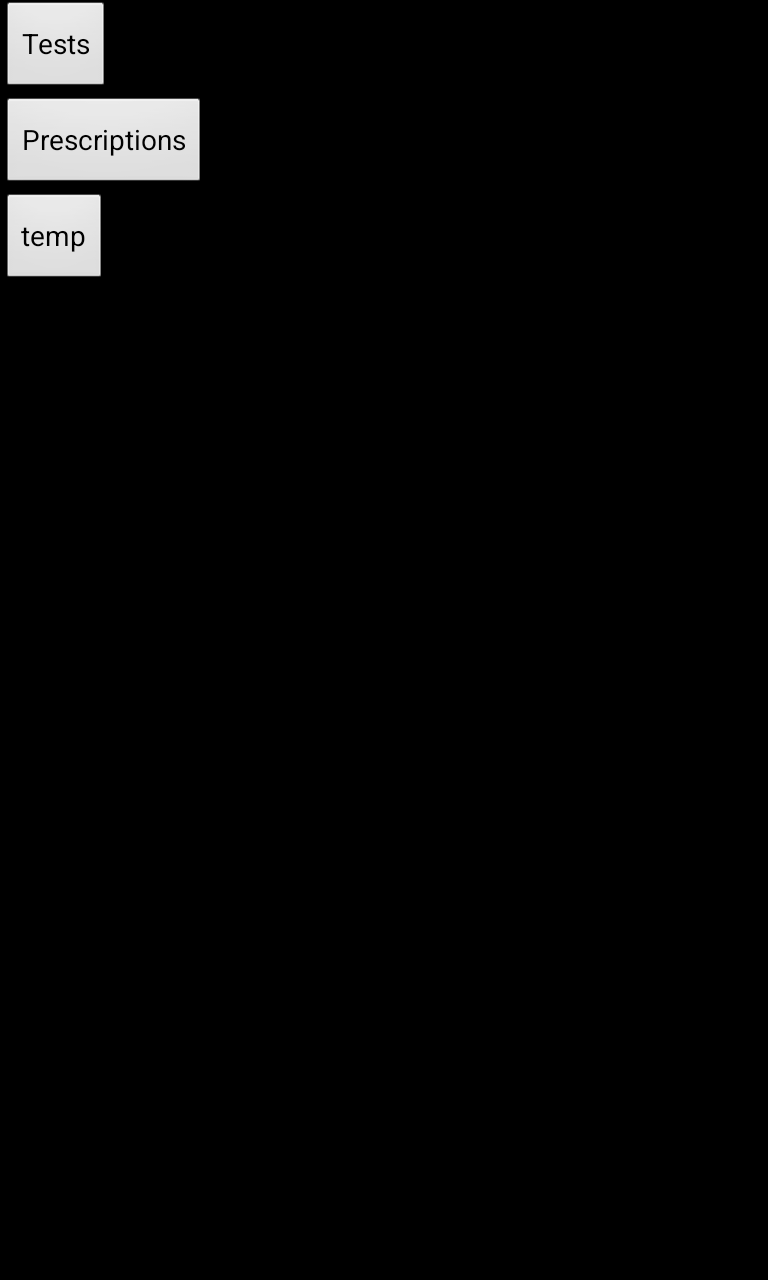
Repository: nuces-acm/DevFest-12-Team-9
Layout: data/Eclipse Workspace of android/Devfest/DCSClientApp/res/layout/main.xml
The author's editor kept a copy of each file at every save. The layout is drawn from the files as they stood at one save, then again after the next save.
It is drawn on a 768 x 1280 px phone screen (xhdpi) without system bars, with theme android:Theme; the app's code is not run.

Above is the layout before, as saved 2012-04-01 03:13:49.

After the next save:
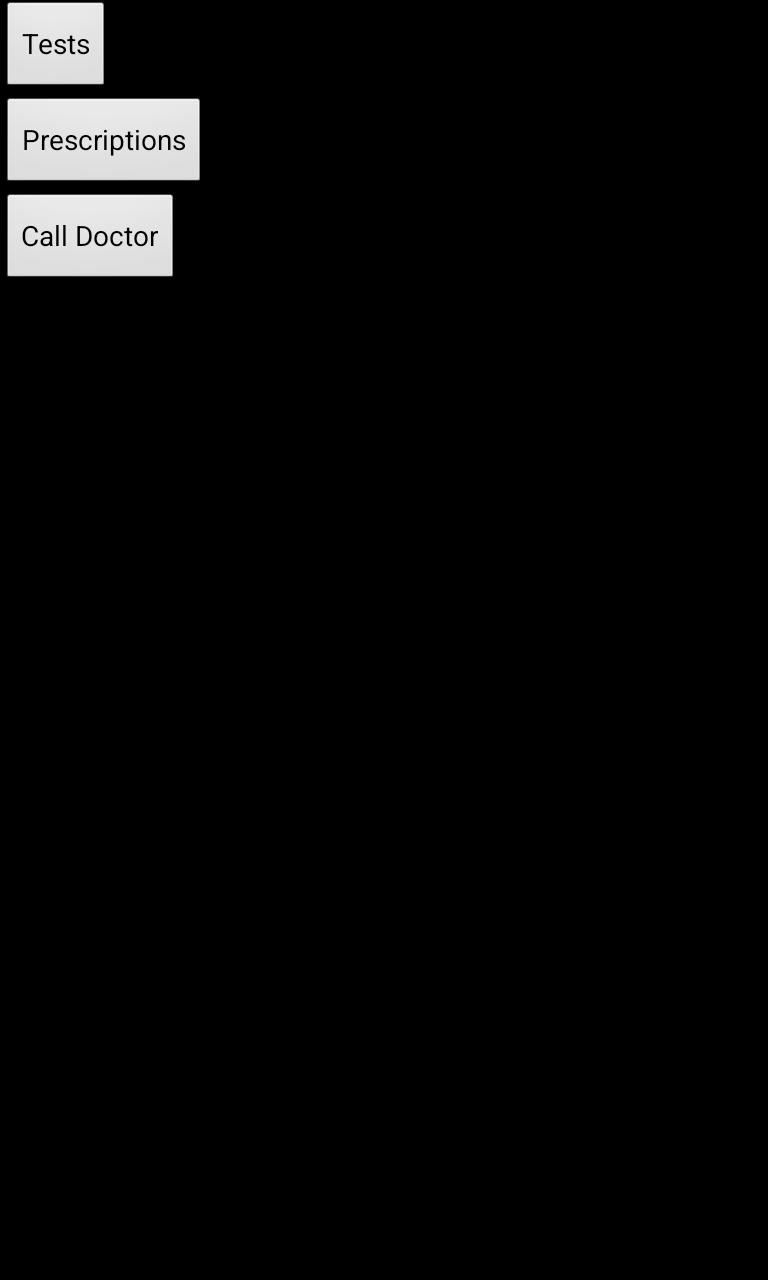
Saved 44 s later.
--- a/data/Eclipse Workspace of android/Devfest/DCSClientApp/res/layout/main.xml
+++ b/data/Eclipse Workspace of android/Devfest/DCSClientApp/res/layout/main.xml
@@ -20,10 +20,10 @@
         android:weight="1" />
 
     <Button
-        android:id="@+id/button3"
+        android:id="@+id/Call"
         android:layout_width="wrap_content"
         android:layout_height="wrap_content"
-        android:text="temp"
+        android:text="Call Doctor"
         android:weight="1" />
 
 </LinearLayout>

After the save that followed:
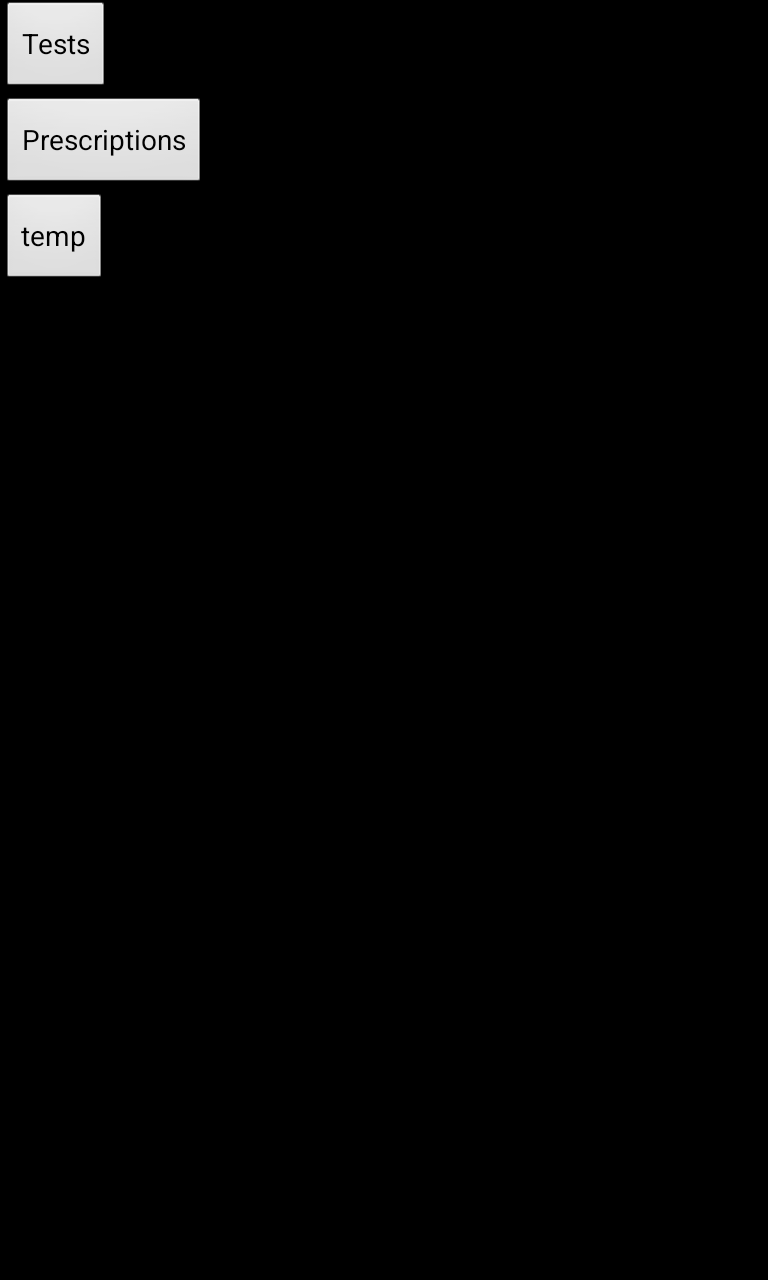
Saved 15 s later.
--- a/data/Eclipse Workspace of android/Devfest/DCSClientApp/res/layout/main.xml
+++ b/data/Eclipse Workspace of android/Devfest/DCSClientApp/res/layout/main.xml
@@ -20,10 +20,10 @@
         android:weight="1" />
 
     <Button
-        android:id="@+id/Call"
+        android:id="@+id/button3"
         android:layout_width="wrap_content"
         android:layout_height="wrap_content"
-        android:text="Call Doctor"
+        android:text="temp"
         android:weight="1" />
 
 </LinearLayout>
